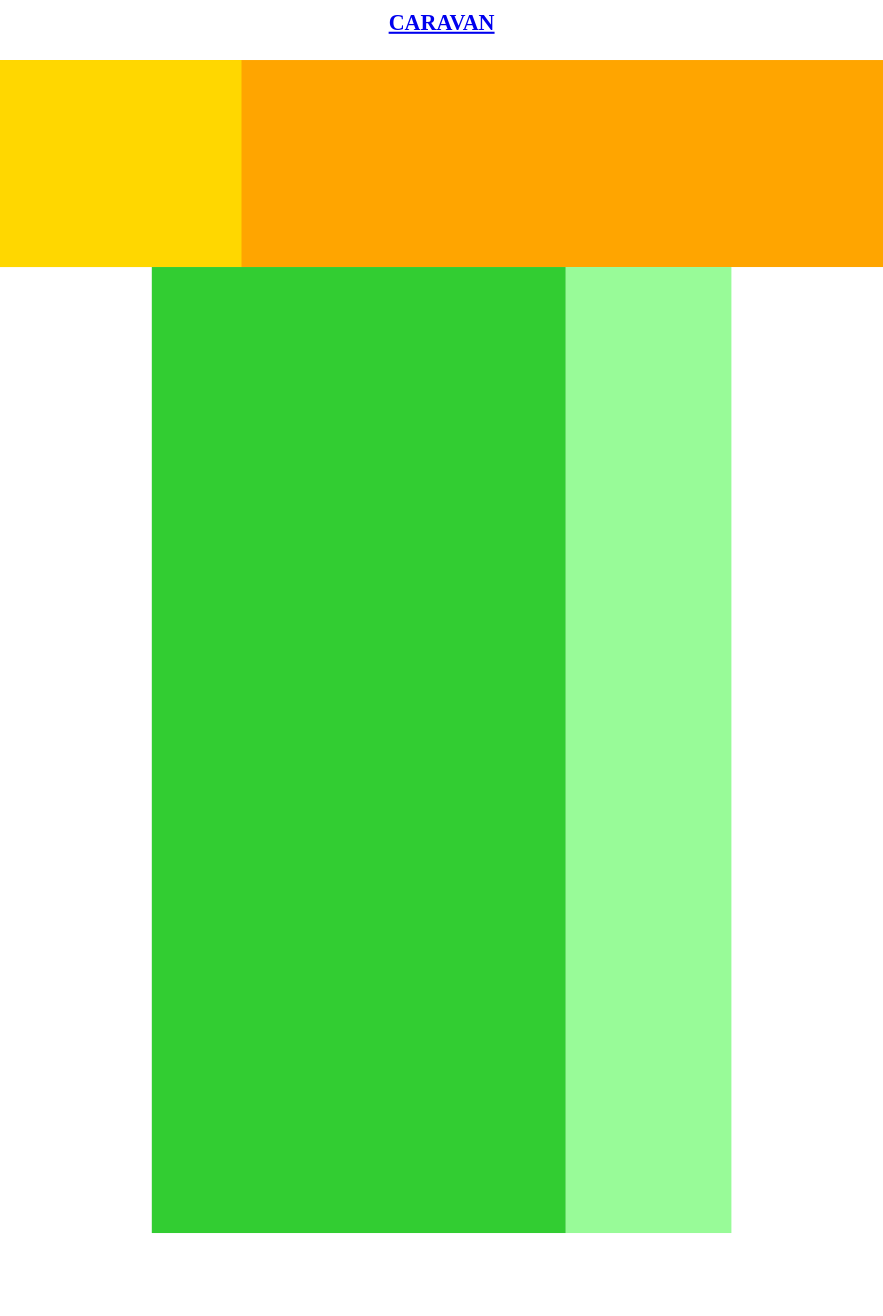
Repository: ego-boosting/assightment_1
Page: caravan/index.html
The author's editor kept a record of every edit. The page is drawn from the files as they stood at one moment, then again after the next edit.
The browser window is 1280 px wide. The pictures show the whole page, at 69% of full size.

Above is the page before.

After the next edit:
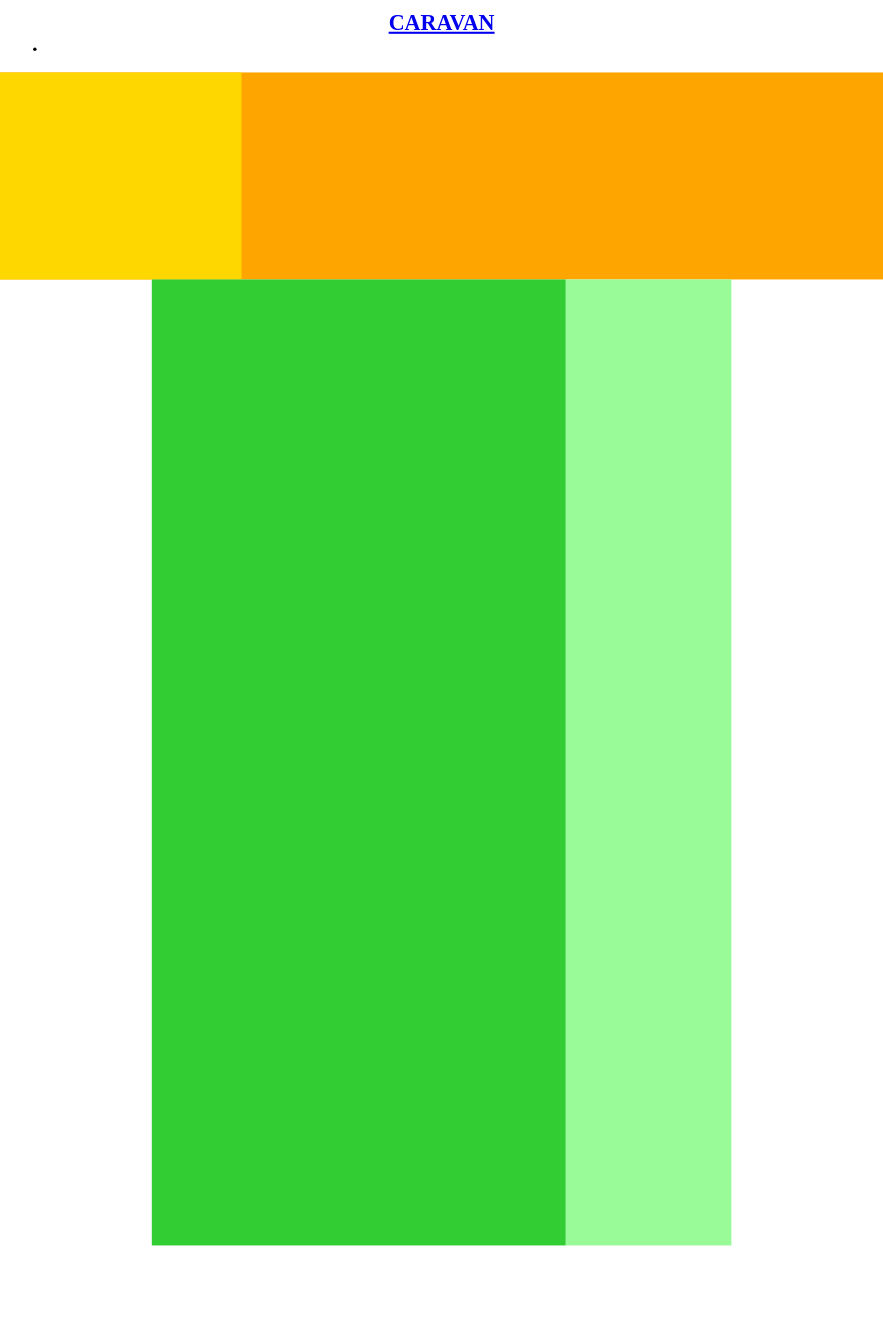
The edit:
--- a/caravan/index.html
+++ b/caravan/index.html
@@ -16,7 +16,13 @@
       </h1>
 
       <nav>
-        <ul class="nav-list"></ul>
+        <ul class="nav-list">
+          <li class="nav-list-item">
+            <a href="index.html">
+
+            </a>
+          </li>
+        </ul>
       </nav>
 
     </header>
